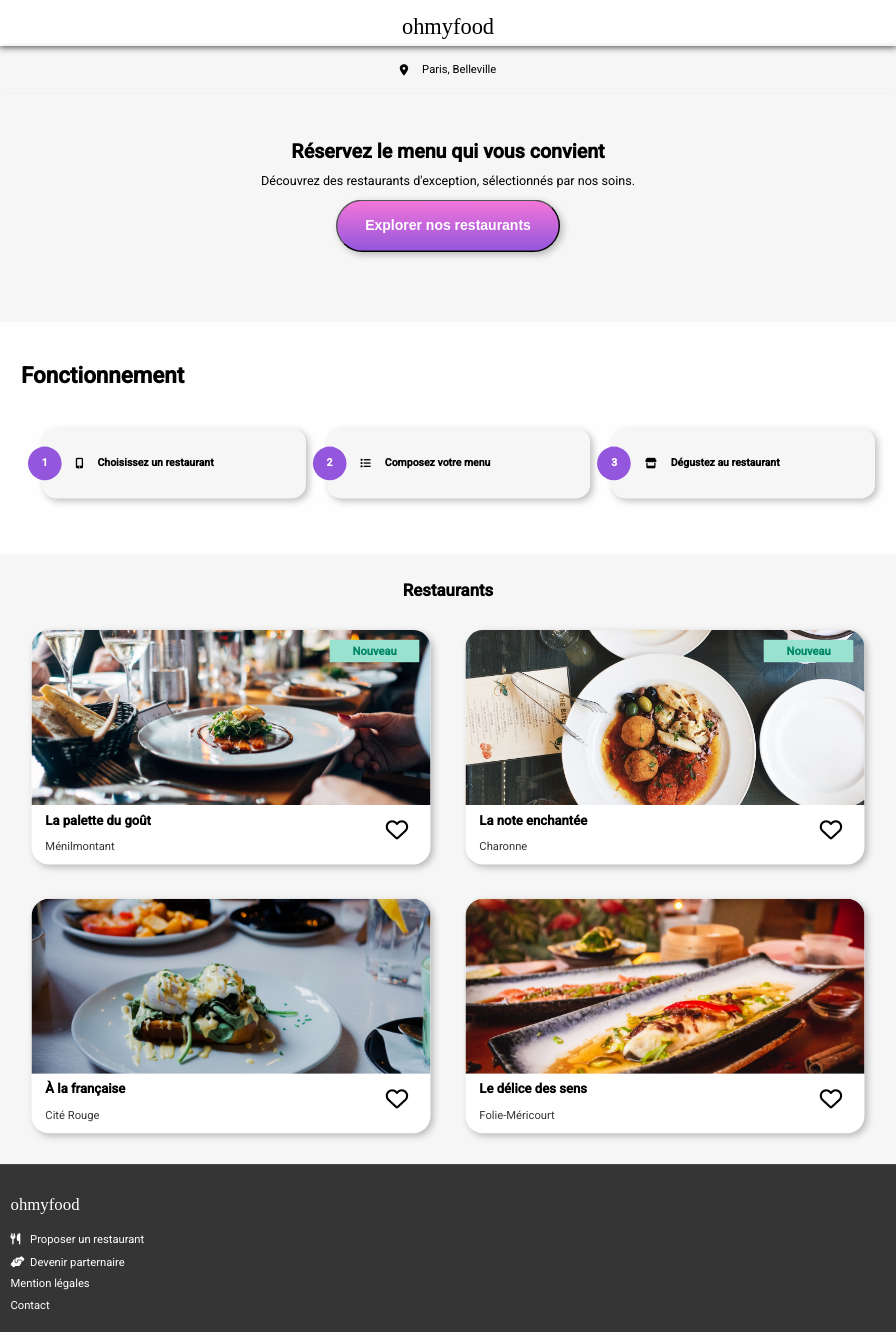
Repository: B-T-N/oc-projet3-
Page: index.html
The author's editor kept a copy of each file at every save. The page is drawn from the files as they stood at one save, then again after a run of saves.
The browser window is 1280 px wide. The pictures show the whole page, at 70% of full size.
Some web fonts or font styles are not loaded; a fallback is used. Some web libraries are served in a nearby version. The style sheet was rebuilt from its Sass, Less or Tailwind sources for each picture, by a compiler version that may differ from the author's.

Above is the page before, as saved 2022-10-24 14:44:30.

### index.html
<!DOCTYPE html>
<html lang="fr">
<head>
    <meta charset="UTF-8">
    <meta http-equiv="X-UA-Compatible" content="IE=edge">
    <link rel="stylesheet" href="./SASS/base/reset.css">
    <link rel="stylesheet" href="./SASS/styles.css">
    <meta name="viewport" content="width=device-width, initial-scale=1.0">
    <title>Oh my food !</title>
    <script src="https://kit.fontawesome.com/b24b8235a5.js"
    crossorigin="anonymous"></script>
</head>
<body>

<section class="loader">
    <span class="lettres">O</span>
    <span class="lettres">H</span>
    <span class="lettres">M</span>
    <span class="lettres">Y</span>
    <span class="lettres">F</span>
    <span class="lettres">O</span>
    <span class="lettres">O</span>
    <span class="lettres">D</span>

    </section>
    <header>
       <div class="logo">
<h1>ohmyfood</h1>
       </div>
    </header>
    <main>

        <div class="home__emplacement">
            <i class="fas fa-map-marker-alt"></i>
            <p>Paris, Belleville</p>
        </div>

        <div class="home__blocreservez">
            <h1>Réservez le menu qui vous convient</h1>
            <p>Découvrez des restaurants d'exception,
                sélectionnés par nos soins.
            </p>
            <button class="explorer"> Explorer nos restaurants</button>
        </div>



        <div class="home__fonctionnemnt">
            <h1>Fonctionnement</h1>
            <ol>

               <li><i class="fa-solid fa-mobile-screen-button"></i> <span class ="fonctionnement__text"> Choisissez un restaurant  </span>
                </li>
            <li><i class="fa-solid fa-list"></i> <span class ="fonctionnement__text"> Composez votre menu  </span>
            </li>
            <li ><i class="fa-solid fa-store"></i><span class ="fonctionnement__text"> Dégustez au restaurant  </span></li>           </ol>
            </div>


        <section class="home__restaurants">

            <h2> Restaurants</h2>
            <div class="home__restaurant__all">


                <div class="home__card__menu">
                    <div class="card">
                    <a href="./page-menu/La_palette_du_gout.html" class="new ">

                    <img class="home__image_menu" src="images/restaurants/la_palette_du_gout.jpg" alt="">
            </a></div>
                <div class="card__texte">
                    <i class=" card-like fa-2x fa-heart far"></i>
                    <h3>La palette du goût</h3>
                    <p>Ménilmontant</p>

                </div>
            </div>

            <div class="home__card__menu">
                <div class="card">
                <a href="./page-menu/La_note_enchantee.html" class="new">
                <img class="home__image_menu" src="images/restaurants/la_note_enchantee.jpg" alt="">
            </a>
        </div>
                <div class="card__texte">
                    <i class=" card-like fa-2x fa-heart far"></i>
                    <h3>La note enchantée</h3>
                    <p>Charonne</p>

                </div>
            </div>

        <div class="home__card__menu">


        <div class="card">
            <a href="./page-menu/a_la_francaise.html">
            <img class="home__image_menu" src="images/restaurants/a_la_francaise.jpg" alt="">
        </a></div>
        <div class="card__texte">
            <i class=" card-like fa-2x fa-heart far"></i>
            <h3>À la française</h3>
            <p>Cité Rouge</p>

        </div>
    </div>
    <div class="home__card__menu">
        <div class="card">
        <a href="./page-menu/Le_délice_des_sens.html">
        <img class="home__image_menu" src="images/restaurants/Le_delice_des_sens.jpg" alt="">
    </a>
</div>
    <div class="card__texte">
        <i class=" card-like fa-2x fa-heart far"></i>
        <h3>Le délice des sens</h3>
        <p>Folie-Méricourt</p>

    </div>
</div></div>

</section>
    </main>
    <footer>
        <h2 class="footer__logo"> ohmyfood</h2>
        <ul class="footer__liste">
        <li class="footer__lien">
            <a class="footer__lien" href="">
                <i class="fas fa-utensils"></i>Proposer un restaurant
            </a>
            </li>
             <li >
            <a class="footer__lien" href="">
                <i class="fas fa-hands-helping"></i>Devenir parternaire
            </a>
            </li>
            <li>
            <a  class="footer__lien" href="">
                Mention légales
           </a></li>

            <li>
            <a  class="footer__lien" href="mail-to:contact@ohmyfood.com">
                Contact
           </a>
            </li>
        </ul>
    </footer>
</body>
</html>

### assets/SASS/base/reset.scss
html,
body,
div,
span,
applet,
object,
iframe,
blockquote,
pre,
a,
abbr,
acronym,
address,
big,
cite,
code,
del,
dfn,
em,
img,
ins,
kbd,
q,
s,
samp,
small,
strike,
strong,
sub,
sup,
tt,
var,
b,
u,
i,
center,
dl,
dt,
dd,
ol,
ul,
li,
fieldset,
form,
label,
legend,
table,
caption,
tbody,
tfoot,
thead,
tr,
th,
td,
article,
aside,
canvas,
details,
embed,
figure,
figcaption,
footer,
header,
hgroup,
menu,
nav,
output,
ruby,
section,
summary,
time,
mark,
audio,
video {
  margin: 0;
  padding: 0;
  border: 0;
  font-size: 100%;
  font: inherit;
  vertical-align: baseline;
}
/* HTML5 display-role reset for older browsers */
article,
aside,
details,
figcaption,
figure,
footer,
header,
hgroup,
menu,
nav,
section {
  display: block;
}
body {
  line-height: 1;
}
ol,
ul {
  list-style: none;
}
blockquote,
q {
  quotes: none;
}
blockquote:before,
blockquote:after,
q:before,
q:after {
  content: "";
  content: none;
}
table {
  border-collapse: collapse;
  border-spacing: 0;
}

### SASS/styles.scss
@use './pages/home.scss' ;
@use './abstracts/index' ;

### SASS/pages/home.scss
@use "../abstracts/index.scss";
@import "../layout/explorer.scss";
@import "../layout/emplacement.scss";
@import "../layout/fonctionnement.scss";
@import "../layout/footer";
@import "../layout/header.scss";
@import "../layout/menu.scss";
@import "../base/typography.scss";
@import "../layout/Loader.scss";
* {
  box-sizing: border-box;
  text-decoration: none;
}
a {
  text-decoration: none;
  color: inherit;
}
/*balises cementique */
main {
  background-color: #fffefe;
}

### SASS/abstracts/_index.scss
@forward '../abstracts/mixins.scss';
@forward '../abstracts/variables.scss';

### SASS/abstracts/mixins.scss
@use "./variables.scss";
@mixin tour {
    @keyframes tour {
      0% {
        transform: rotate(-360deg);
      }
      100% {
        transform: rotate(0);
      }
    }
  }
  @mixin gradien {


    &:active, &:focus{
      background: linear-gradient(variables.$color-primary, variables.$color-secondary);
      color: #fff;
      font-weight: 600;
      transform: scale(1.2);
      transition: 0.5s;
      -webkit-text-fill-color: transparent;
      -webkit-background-clip: text;

    }



      @keyframes like {
        0%{
          transform: scale(0);
        }
        100%{
          transform: scale(1.2);
        }

    }
  }

  @keyframes apparition {
  0%{
    transform: scale(0);
  }
  100%{
    transform: scale(1);
  }
  }
  @mixin shadowbox {
    box-shadow: .25rem .25rem 10px rgba(0,0,0,.25);

   }
   @keyframes texte {
    0%{
        text-shadow: 0 0 7px variables.$color-secondary;
    }
    90%{
        color:variables.$color-primary;
        text-shadow:none;
    }
    100%{
        color:variables.$color-primary;
        text-shadow: 0 0 7px variables.$color-secondary;

    }
}
@keyframes disparu {
  to{
visibility: hidden;
 }
}
@keyframes heart {
 0%{
  transform: scale(0);

 }
 100%{
  transform: scale(1.2);

 }

}

### SASS/abstracts/variables.scss
$color-primary: #9356DC;
$color-secondary: #FF79DA;
$color-tertiary: #99E2D0;
$color-quaternary:#ebeaeb;
$color-quinquennial:#f7f6f7;
$breakpoints:1000px;

### SASS/layout/explorer.scss
@use "../abstracts/index.scss";
.explorer {
  background-color: index.$color-primary;
  background-image: linear-gradient(
    0deg,
    rgba(147, 86, 220, 0.9),
    rgba(255, 121, 218, 0.9)
  );
  @include index.shadowbox;
  padding-left: 40px;
  padding-right: 40px;
  cursor: pointer;
  height: 75px;
  font-size: 20px;
  font-weight: bold;
  border-radius: 60px;
  color: white;
}
.home__blocreservez {
  text-align: center;
  background-color: index.$color-quinquennial;
  padding: 20px;
  padding-top: 50px;
  padding-bottom: 100px;
  h1 {
    font-size: 175%;
    padding-right: 80px;
    padding-left: 80px;
  }
  p {
    font-size: large;
  }
}

### SASS/layout/emplacement.scss
@use "../abstracts/index";
.home__emplacement {
  display: flex;
  justify-content: center;
  align-items: center;
  text-align: center;
  background-color: index.$color-quinquennial;
  padding: 10px;
  @include index.shadowbox;

  i {
    padding-right: 20px;
  }
}

### SASS/layout/fonctionnement.scss
@use "../abstracts/index";

.home__fonctionnemnt {
  padding-bottom: 60px;
  margin-left: 30px;
  margin-right: 30px;
  counter-reset: compteListe;
  flex-wrap: wrap;
  justify-content: space-between;
  h1 {
    margin-top: 60px;
    margin-bottom: 60px;
  }
  & ol {
    display: flex;
    font-weight: bold;
    @media (max-width: index.$breakpoints) {
      flex-direction: column;
    }
    i {
      padding-right: 10px;
      padding-left: 10px;
    }
  }
  & li {
    display: flex;
    align-items: center;
    text-align: center;
    flex-wrap: wrap;
    @include index.shadowbox;
    font-size: 20px;
    margin-bottom: 20px;
    height: 100px;
    border-radius: 20px;
    background-color: index.$color-quinquennial;
    gap: 10px;
    @media (min-width: index.$breakpoints) {
      width: 33%;
      margin-left: 30px;
      font-size: 15px;
    }
    &:hover {
      background-color: #f5edff;
      i {
        color: index.$color-primary;
      }
    }
    &::before {
      counter-increment: compteListe 1;
      content: counter(compteListe) " ";
      color: white;
      background-color: index.$color-primary;
      display: flex;
      justify-content: center;
      align-items: center;
      border-radius: 100%;
      height: 3rem;
      width: 3rem;
      border-radius: 50%;
      margin-left: -20px;
      font-weight: bolder;
    }
  }
}

### SASS/layout/footer.scss
@use "../base/typography.scss";
footer {
  width: 100%;
  padding: 15px;
  background-color: #353535;
  color: white;
  text-decoration: none;
  display: flex;
  flex-direction: column;
  li {
    margin-bottom: 15px;
  }
  i {
    margin-right: 18px;
    height: 10px;
    width: 10px;
  }
}
.footer__logo {
  font-family: "Shrikhand", "cursive";
  font-weight: 500;
  padding-top: 10px;
  padding-bottom: 10px;
}

### SASS/base/typography.scss
@import url("https://fonts.googleapis.com/css2?family=Shrikhand&display=swap");
@import url("https://fonts.googleapis.com/css2?family=Roboto:wght@300;400;500&family=Shrikhand&display=swap");
body, html {
    margin: 0;
    font-family: 'Roboto', sans-serif;
    scroll-behavior: smooth;
  }
 $Shrikhand: 'Shrikhand', 'sans-serif';
 $Roboto:'Roboto', 'sans-serif';

### SASS/layout/header.scss
header {
  z-index: 1;
  position: relative;
  box-shadow: 0px 1px 10px 1px rgba(0, 0, 0, 0.75);
  .logo {
    width: 100%;
    display: flex;
    justify-content: center;
    height: 65px;

    h1 {
      font-family: "Shrikhand", "cursive";
      font-weight: 500;
    }
  }
}

### SASS/layout/menu.scss
@use "../abstracts/index.scss";
.home__restaurants {
  background-color: index.$color-quinquennial;
  width: 100%;
  padding: 20px;
  @media (min-width: index.$breakpoints) {
    display: flex;
    flex-direction: column;
    justify-content: center;
    align-items: center;
  }
  h2 {
    @media (min-width: index.$breakpoints) {
      padding: 0px;
    }

    @media (max-width: index.$breakpoints) {
      display: block;
    }
  }

  .home__restaurants__menu {
    background-color: white;
  }
}
.home__restaurant__all {
  display: flex;
  flex-direction: column;
  align-items: center;
  width: 100%;
  @media (min-width: index.$breakpoints) {
    display: flex;
    flex-wrap: wrap;
    flex-direction: row;
    align-items: center;
  }
}
.home__image_menu {
  width: 100%;
  height: 250px;
  border-radius: 25px 25px 0px 0px;
  object-fit: cover;
  position: relative;
}

.home__card__menu {
  width: 98%;
  background-color: white;
  border-radius: 25px;
  margin-bottom: 25px;
  padding-bottom: 10px;
  @include index.shadowbox;
  .new {
    position: relative;
  }
  .new::before {
    content: "Nouveau";
    position: absolute;
    height: 2rem;
    width: 8rem;
    background-color: index.$color-tertiary;
    color: #008766;
    display: flex;
    align-items: center;
    right: 1rem;
    bottom: 13em;
    z-index: 1;
    justify-content: center;
    font-weight: bold;
  }
  &-img {
    width: 100%;
  }
  @media (min-width: index.$breakpoints) {
    width: 46%;
    margin: 2%;
  }

  @media (min-width: index.$breakpoints) {
  }
  .card__texte {
    position: relative;
    display: flex;
    flex-direction: column;
    line-height: 1px;
    padding-left: 20px;
    p {
      color: #353535;
    }

    .card-like {
      position: absolute;
      cursor: pointer;
      right: 1em;
      top: 0.5em;
      @media (min-width: index.$breakpoints) {
        ::before {
          position: absolute;
          left: 10em;
        }
      }
      @include index.gradien;
    }
  }
}

### SASS/layout/Loader.scss
@use "../abstracts/index";
.loader {
  position: absolute;
  width: 100%;
  height: 100%;
  background-color: index.$color-quinquennial;
  display: flex;
  justify-content: center;
  align-items: center;
  z-index: 5;
  animation: disparu 2s forwards ease-in-out;
  transition-duration: 1s;
  opacity: 0.9;
}

.lettres {
  color: index.$color-primary;
  font-size: 80px;
  letter-spacing: 15px;
  margin-bottom: 100px;
  animation: texte 1.5s linear infinite;
}
.lettres:nth-child(1) {
  animation-delay: 0.1s;
  color: index.$color-tertiary;
}
.lettres:nth-child(2) {
  animation-delay: 0.2s;
  color: index.$color-secondary;
}
.lettres:nth-child(3) {
  animation-delay: 0.3s;
  color: index.$color-primary;
}
.lettres:nth-child(4) {
  animation-delay: 0.4s;
  color: index.$color-tertiary;
}
.lettres:nth-child(5) {
  animation-delay: 0.5s;
  color: index.$color-secondary;
}
.lettres:nth-child(6) {
  animation-delay: 0.6s;
  color: index.$color-primary;
}
.lettres:nth-child(7) {
  animation-delay: 0.7s;
  color: index.$color-tertiary;
}
.lettres:nth-child(8) {
  animation-delay: 0.8s;
  color: index.$color-secondary;
}

After the next 2 saves:
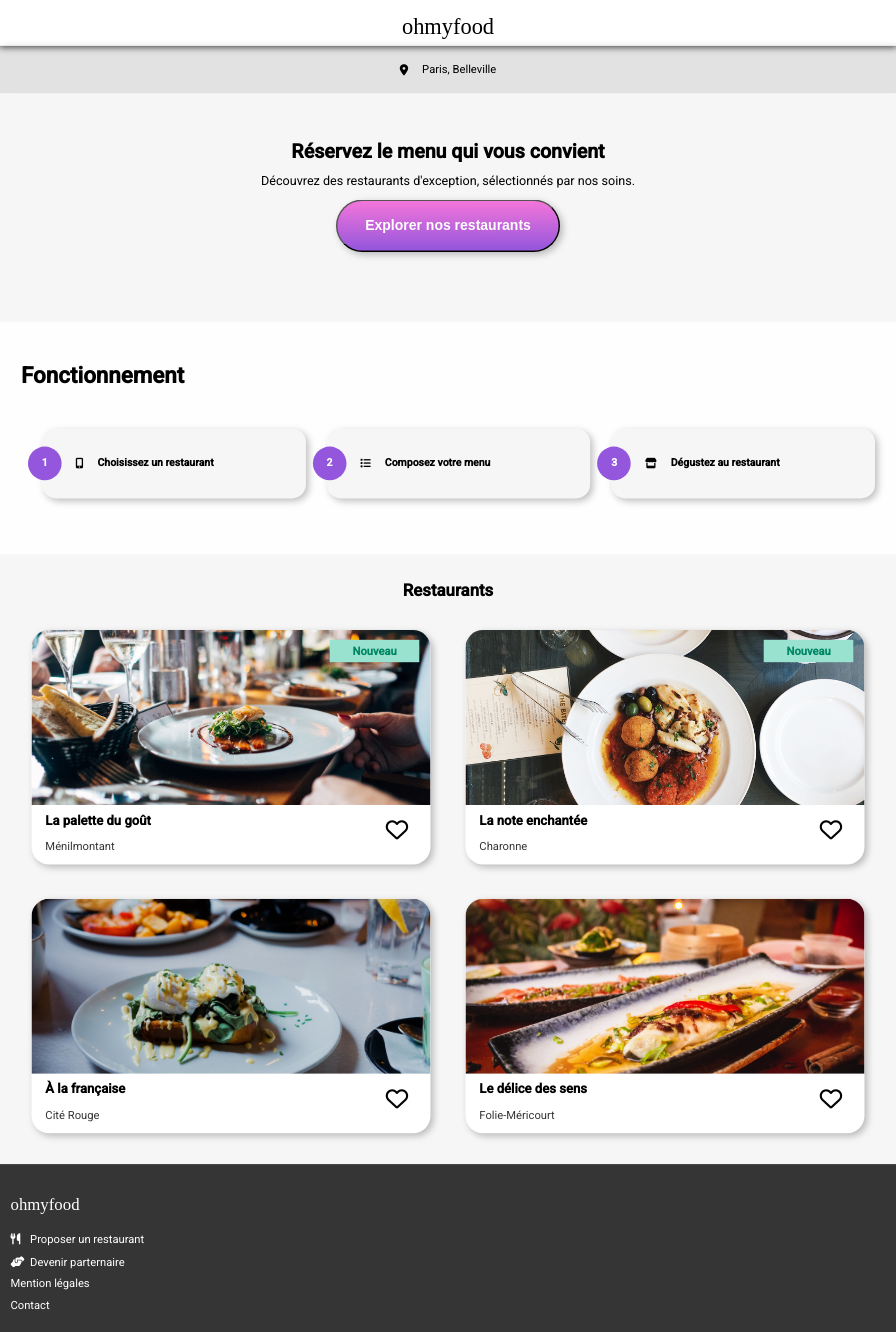
The 2 saves are shown as one change because they came seconds apart.
The last was saved 8 min 35 s later.
--- a/SASS/layout/emplacement.scss
+++ b/SASS/layout/emplacement.scss
@@ -4,7 +4,7 @@
   justify-content: center;
   align-items: center;
   text-align: center;
-  background-color: index.$color-quinquennial;
+  background-color:#e3e2e3;
   padding: 10px;
   @include index.shadowbox;
 
